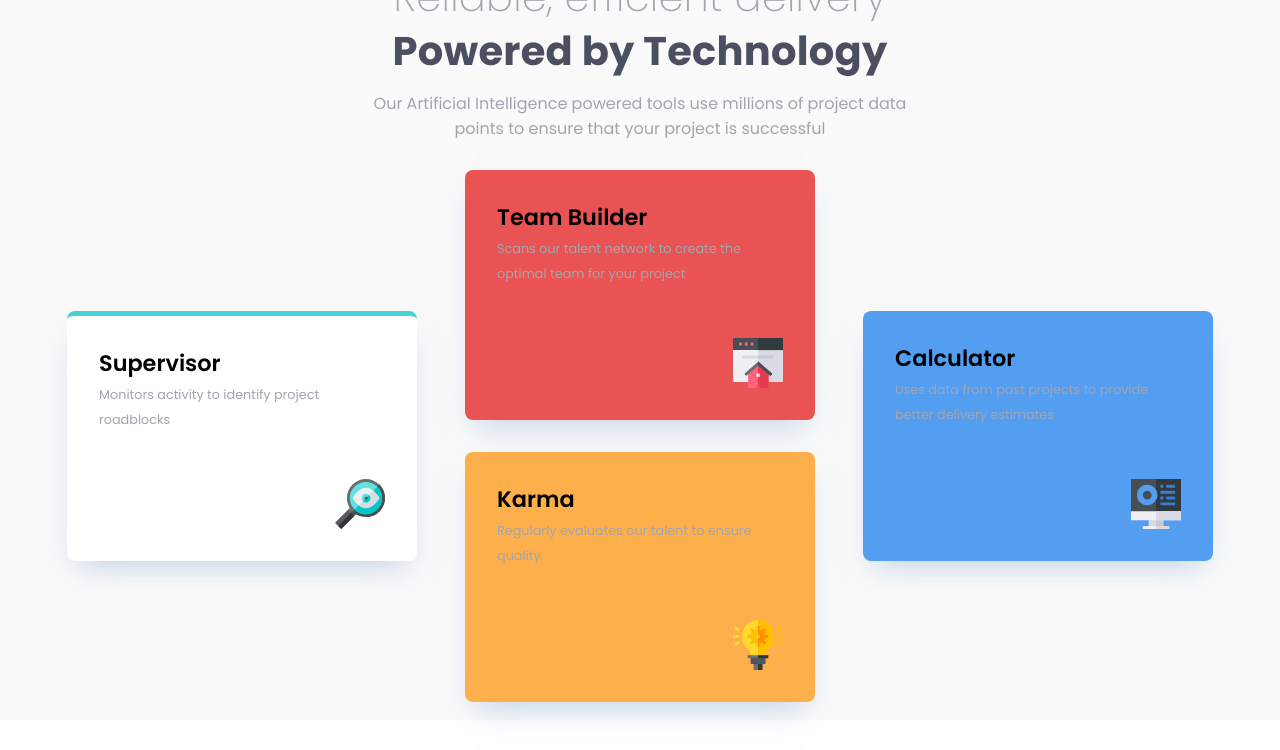
Repository: brandontaylor1/four-card-feature
Page: index.html
These files come from the project's save history. The page is drawn as it stood at one moment and after the next save; the edit follows.
The browser window is 1280 px wide. The pictures show the whole page.

Above is the page before, as saved 2025-01-10 20:17:05.

### index.html
<!DOCTYPE html>
<html lang="en">
<head>
    <meta charset="UTF-8">
    <meta name="viewport" content="width=device-width, initial-scale=1.0">
    <link rel="preconnect" href="https://fonts.googleapis.com">
    <link rel="preconnect" href="https://fonts.gstatic.com" crossorigin>
    <link href="https://fonts.googleapis.com/css2?family=Poppins:ital,wght@0,100;0,200;0,300;0,400;0,500;0,600;0,700;0,800;0,900;1,100;1,200;1,300;1,400;1,500;1,600;1,700;1,800;1,900&display=swap" rel="stylesheet">
    <link rel="stylesheet" href="styles.css">
    <title>Four Card Feature</title>
</head>
<body>
    <main class="container">
        <div class="page-content">
            <h1>Reliable, efficient delivery</h1>
            <h2>Powered by Technology</h2>
            <p>Our Artificial Intelligence powered tools use millions of project data points to ensure that your project is successful</p>
        </div>
        <div class="column-container">
            <div class="card-column">
                <div class="card" id="green-card">
                    <h3>Supervisor</h3>
                    <p>Monitors activity to identify project roadblocks</p>
                    <img src="./assets/images/icon-supervisor.svg" alt="Supervisor Icon">
                </div>
            </div>

            <div class="card-column">
                <div class="card" id="red-card">
                    <h3>Team Builder</h3>
                    <p>Scans our talent network to create the optimal team for your project</p>
                    <img src="./assets/images/icon-team-builder.svg" alt="Supervisor Icon">
                </div>
                <div class="card" id="orange-card">
                    <h3>Karma</h3>
                    <p>Regularly evaluates our talent to ensure quality</p>
                    <img src="./assets/images/icon-karma.svg" alt="Supervisor Icon">
                </div>
            </div>

            <div class="card-column">
                <div class="card" id="blue-card">
                    <h3>Calculator</h3>
                    <p>Uses data from past projects to provide better delivery estimates</p>
                    <img src="./assets/images/icon-calculator.svg" alt="Supervisor Icon">
                </div>
            </div>
        </div>
    </main>

</body>
</html>

### styles.css
* {
    margin: 0;
    padding: 0;
    box-sizing: border-box;
}

:root {
    --primary-red: hsl(0, 78%, 62%);
    --primary-cyan: hsl(180, 62%, 55%);
    --primary-orange: hsl(34, 97%, 64%);
    --primary-blue: hsl(212, 86%, 64%);

    --secondary-dark-blue: hsl(234, 12%, 34%);
    --secondary-grayish-blue: hsl(229, 6%, 66%);
    --secondary-light-gray: hsl(0, 0%, 98%);
}

.container {
    height: 100vh;
    display: flex;
    align-items: center;
    justify-content: center;
    flex-direction: column;
    background-color: #FAFAFA;
}

.page-content {
    display: flex;
    flex-direction: column;
    align-items: center;
    justify-content: space-between;
    height: 9.375rem;
    max-width: 540px;
    margin-bottom: 50px;
}

.page-content h1 {
    font-size: 2.5rem;
    font-family: "Poppins", sans-serif;
    font-weight: 200;
    line-height: 54px;
    letter-spacing: .25px;
    color: var(--secondary-grayish-blue);
}

.page-content h2 {
    font-size: 2.5rem;
    font-family: "Poppins", sans-serif;
    font-weight: 700;
    line-height: 54px;
    letter-spacing: .25px;
    color: var(--secondary-dark-blue);
    margin-bottom: 13px;
}

.page-content p {
    font-size: 1rem;
    font-family: "Poppins", sans-serif;
    font-weight: 400;
    line-height: 25px;
    text-align: center;
    color: var(--secondary-grayish-blue);

}

.column-container {
    display: grid;
    justify-content: center;
    align-items: center;
    grid-template-columns: repeat(3, 1fr);
    grid-template-rows: repeat(2, auto);
    gap: 3rem;
}

.card:nth-child(2) {
    margin-top: 2rem;
}

.card {
    width: 350px;
    height: 250px;
    border-radius: 0.5rem;
    padding: 2rem;
    position: relative;
    background: #FFF;
    box-shadow: 0px 15px 30px -11px rgba(131, 166, 210, 0.50);
}

.card h3 {
    font-size: 1.4rem;
    font-family: "Poppins", sans-serif;
    font-weight: 600;
    line-height: 30px;
    margin-bottom: 4px;
}

.card p {
    font-size: .8rem;
    font-family: "Poppins", sans-serif;
    font-weight: 400;
    line-height: 25px;
    font-family: "Poppins", sans-serif;
    color: var(--secondary-grayish-blue);
}

.card img {
    width: 50px;
    height: 50px;
    position: absolute;
    bottom: 2rem;
    right: 2rem;
}

#green-card {
    border-top: 5px solid var(--primary-cyan);

}

#red-card {
    background: var(--primary-red);
}

#orange-card {
    background: var(--primary-orange);
}

#blue-card {
    background: var(--primary-blue);
}


@media (max-width: 1110px) {
    .container {
        height: auto;
        padding: 2rem;
    }

    .page-content {
        margin-top: 85px;
        width: 311px;
    }

    .page-content h1 {
        font-size: 1.5rem;
        line-height: 30px;
        margin-bottom: 5px;
        font-weight: 300;
    }

    .page-content h2 {
        font-size: 1.5rem;
        line-height: 30px;
        margin-bottom: 10px;
        font-weight: 600;
    }

    .page-content p {
        font-size: 1rem;
        line-height: 25px;
        font-weight: 300;
    }

    .card {
        width: 311px;
    }

    .column-container {
        grid-template-columns: 1fr;
    }
}

After the next save:
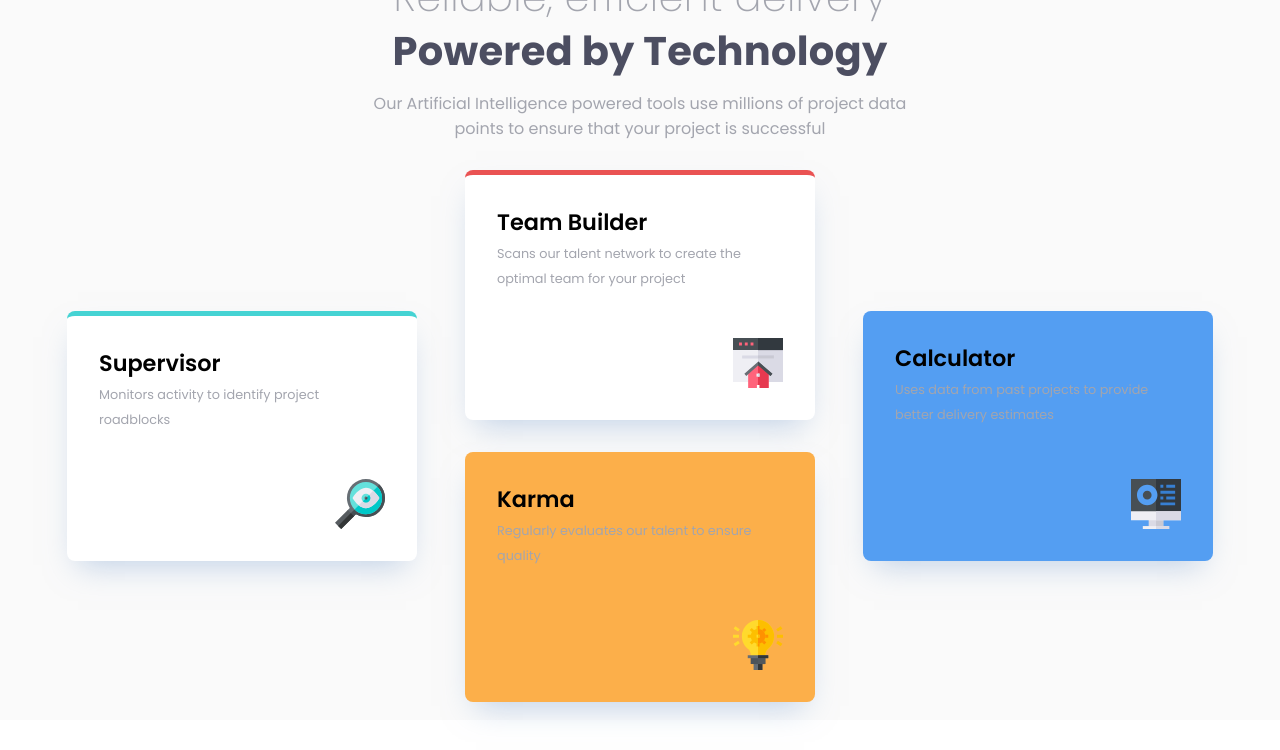
Saved 2 min 12 s later.
--- a/styles.css
+++ b/styles.css
@@ -117,7 +117,7 @@
 }
 
 #red-card {
-    background: var(--primary-red);
+    border-top: 5px solid var(--primary-red);
 }
 
 #orange-card {
